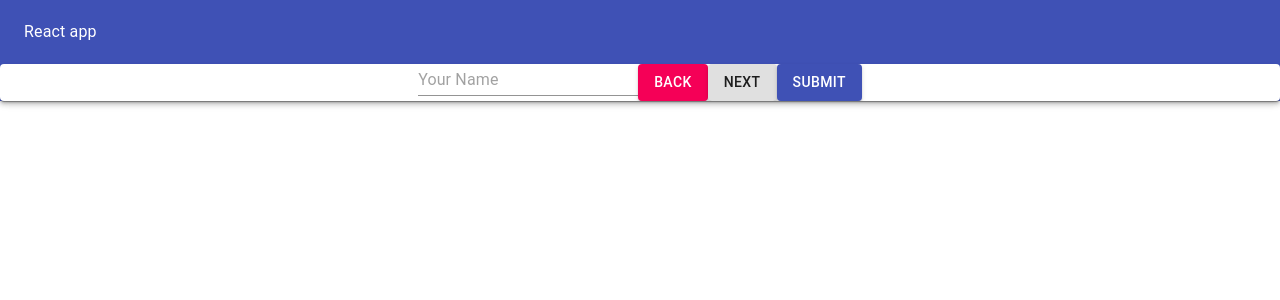
Repository: SD-Mdouka/project_step
Page: /
The author's editor kept a copy of each file at every save. The page is drawn from the files as they stood at one save, then again after the next save.
The browser window is 1280 px wide. The pictures show the whole page.
The project was rebuilt for these pictures with package versions that can differ from the ones it lists, and the page was loaded fresh each time.

Above is the page before, as saved 2022-08-31 17:14:24.

After the next save:
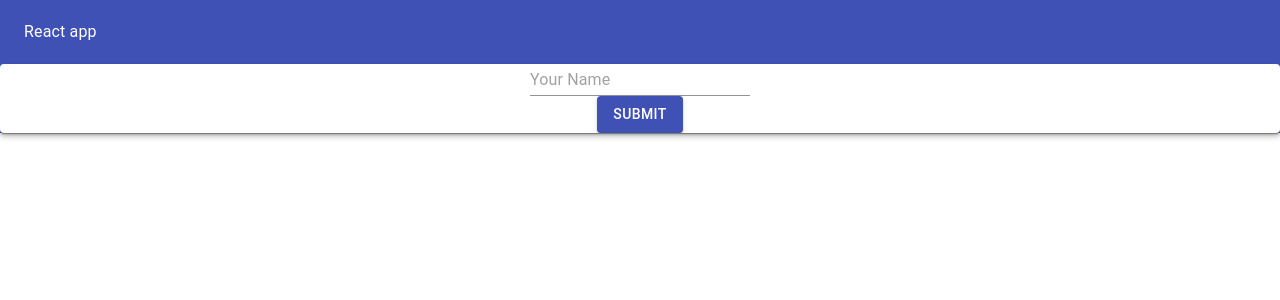
Saved 25 min 0 s later.
--- a/src/App.js
+++ b/src/App.js
@@ -93,21 +93,26 @@ const FormStps = (props) => {
   return (
     <>
       {childrenArr[step - 1]}
-      <Button
-        disabled={props.isSubmitting}
-        variant="contained"
-        color="secondary"
-        onClick={goBack}
-      >
-        Back
-      </Button>
-      <Button
-        disabled={props.isSubmitting}
-        variant="contained"
-        onClick={goNext}
-      >
-        Next
-      </Button>
+      {step > 1 && (
+        <Button
+          disabled={props.isSubmitting}
+          variant="contained"
+          color="secondary"
+          onClick={goBack}
+        >
+          Back
+        </Button>
+      )}
+      {step > childrenArr.length && (
+        <Button
+          disabled={props.isSubmitting}
+          variant="contained"
+          onClick={goNext}
+        >
+          Next
+        </Button>
+      )}
+      <br />
       <Button
         type="submit"
         disabled={props.isSubmitting}
